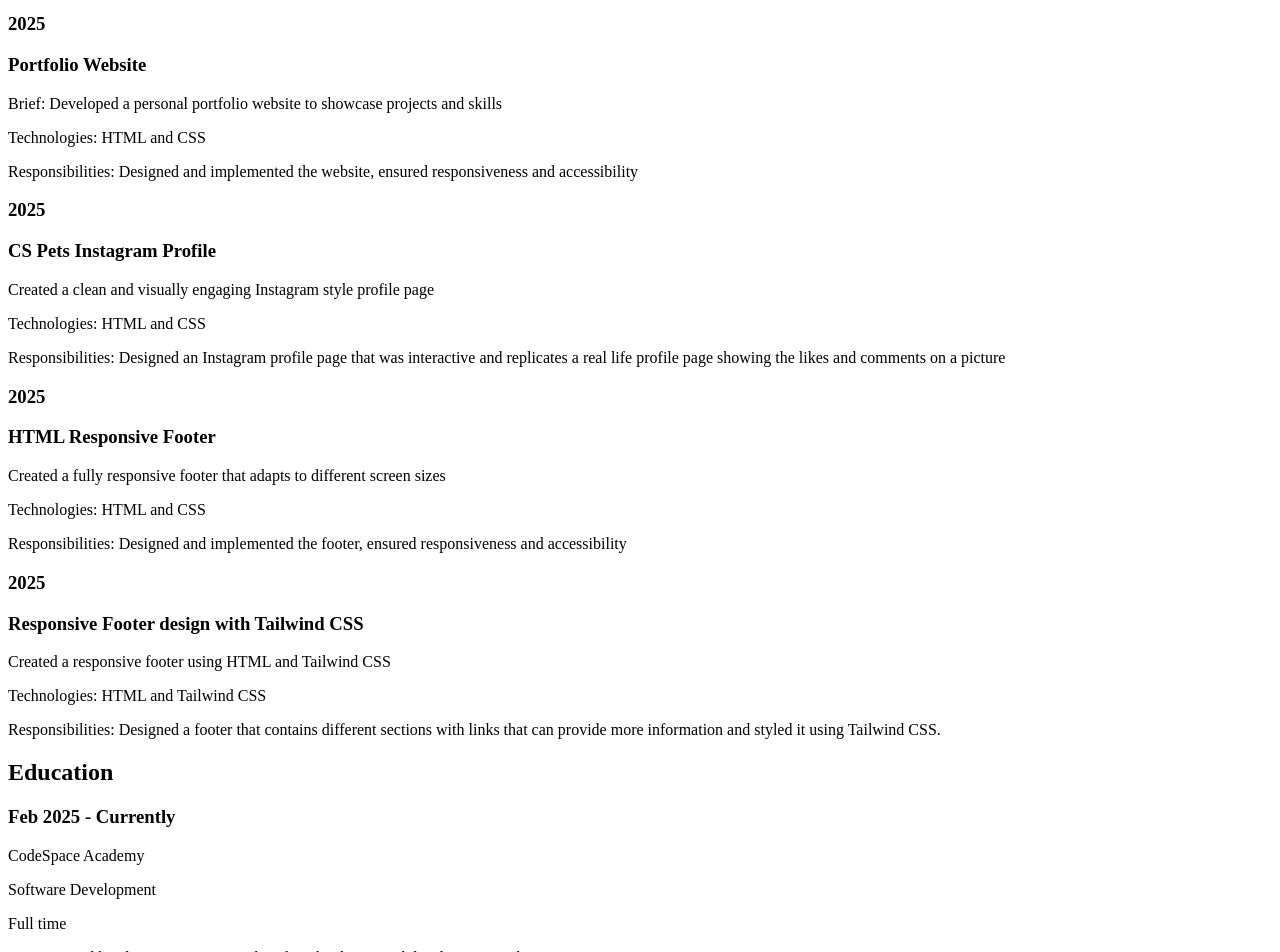
Repository: andajonas/ANDJON25111_fto2502_A2_AndaJonas_SDF_Portfolio_Piece
Page: index.html
An editor plug-in stored every save of this project. The page is shown before and after a run of saves, followed by the edit.
The browser window is 1280 px wide. The pictures show the part of the page from y = 687 to 1639 px (the page is 3117 px tall).
A picture or video elsewhere on the page could not be fetched, so the positions and the page height are approximate.

Above is the page before, as saved 2025-04-03 14:51:34.

After the next 5 saves:
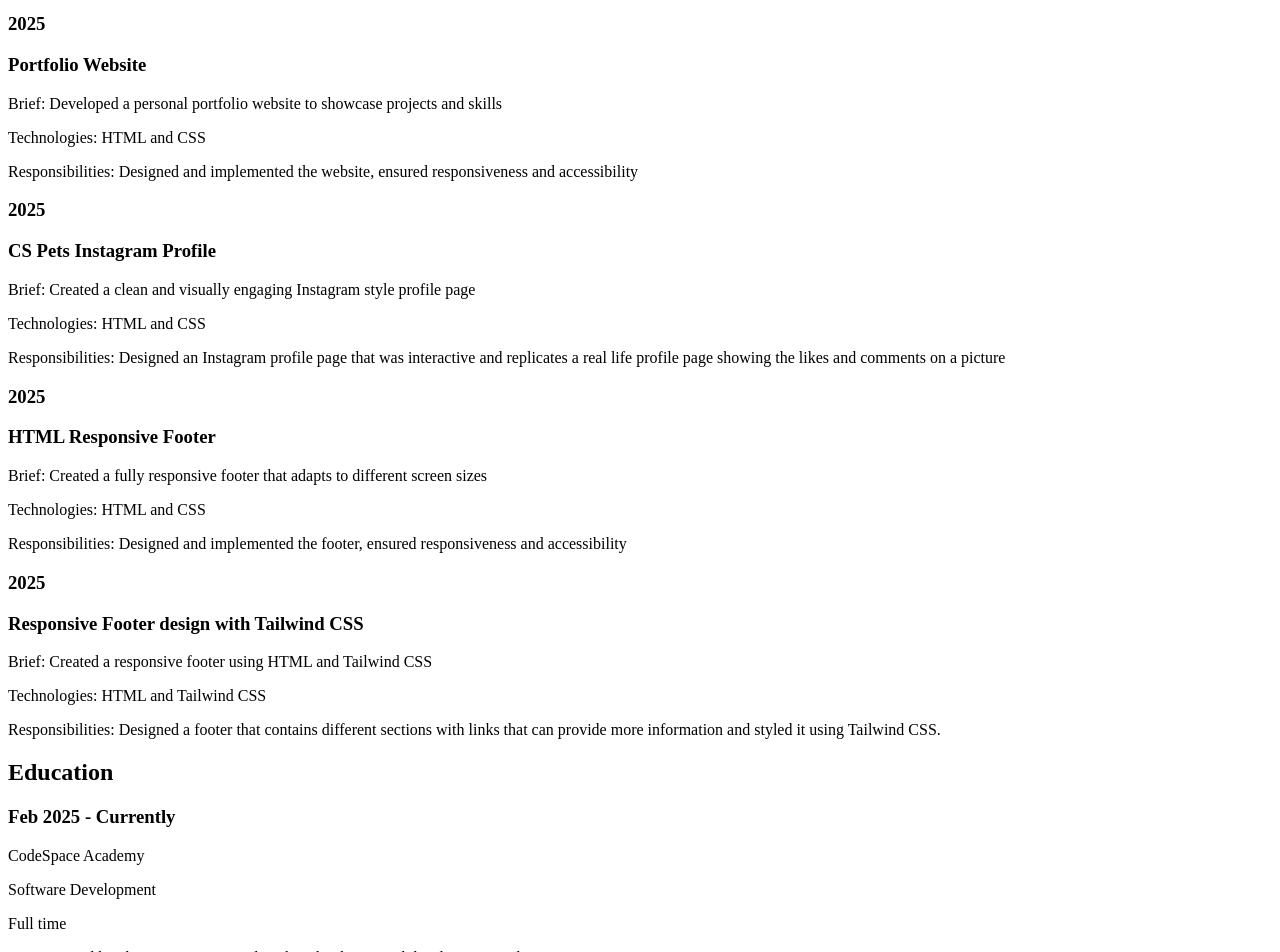
The 5 saves are shown as one change because they came seconds apart.
The last was saved 26 s later.
--- a/index.html
+++ b/index.html
@@ -63,21 +63,21 @@
        <article class="project card">
         <h3 class="project-year">2025</h3>
           <h3>CS Pets Instagram Profile</h3>
-          <p class="brief-description">Created a clean and visually engaging Instagram style profile page</p>
+          <p class="brief-description">Brief: Created a clean and visually engaging Instagram style profile page</p>
           <p>Technologies: HTML and CSS</p>
           <p>Responsibilities: Designed an Instagram profile page that was interactive and replicates a real life profile page showing the likes and comments on a picture </p>
        </article>
        <article class="project card">
         <h3 class="project-year">2025</h3>
           <h3>HTML Responsive Footer</h3>
-          <p class="brief-description">Created a fully responsive footer that adapts to different screen sizes</p>
+          <p class="brief-description">Brief: Created a fully responsive footer that adapts to different screen sizes</p>
           <p>Technologies: HTML and CSS</p>
           <p>Responsibilities: Designed and implemented the footer, ensured responsiveness and accessibility</p>
        </article>
        <article class="project card">
         <h3 class="project-year">2025</h3>
           <h3>Responsive Footer design with Tailwind CSS</h3>
-          <p class="brief-description">Created a responsive footer using HTML and Tailwind CSS</p>
+          <p class="brief-description">Brief: Created a responsive footer using HTML and Tailwind CSS</p>
           <p>Technologies: HTML and Tailwind CSS</p>
           <p>Responsibilities: Designed a footer that contains different sections with links that can provide more information and styled it using Tailwind CSS.</p>
        </article>
